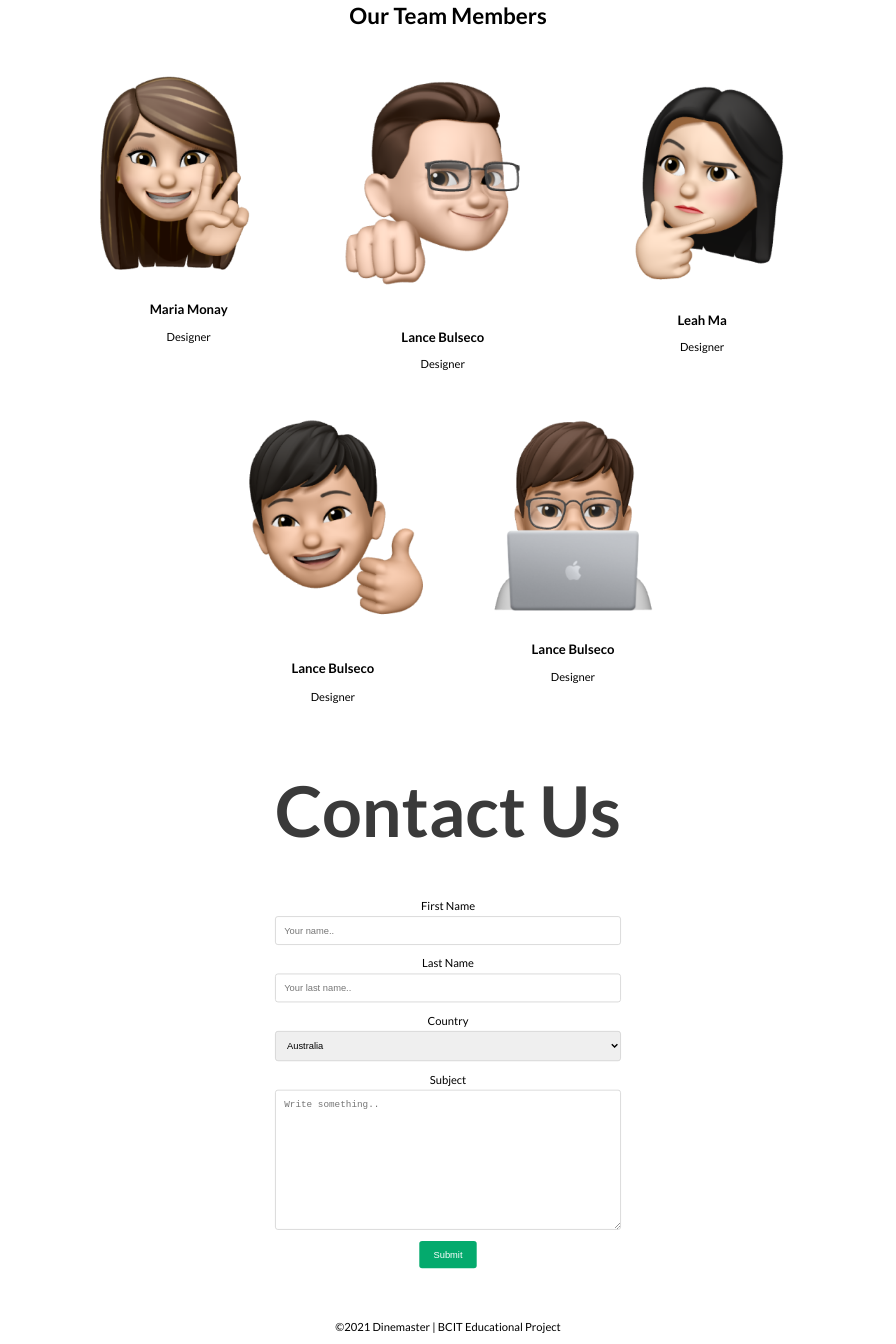
Repository: leahma1208/dinemaster
Page: index.html
An editor plug-in stored every save of this project. The page is shown before and after the next save, followed by the edit.
The browser window is 1280 px wide. The pictures show the part of the page from y = 4237 to 6157 px (the page is 6157 px tall), at 70% of full size.
A picture or video elsewhere on the page could not be fetched, so the positions and the page height are approximate.

Above is the page before, as saved 2021-05-07 12:36:13.

### index.html
<!DOCTYPE html>
<html lang="en">
<head>
    <meta charset="UTF-8">
    <meta http-equiv="X-UA-Compatible" content="IE=edge">
    <meta name="viewport" content="width=device-width, initial-scale=1.0">
    <link rel="stylesheet" href="style.css">
    <link rel="preconnect" href="https://fonts.gstatic.com">
<link href="https://fonts.googleapis.com/css2?family=Lato:ital,wght@0,300;0,400;0,700;0,900;1,400;1,700;1,900&display=swap" rel="stylesheet">
    <title>Dinemaster</title>
</head>
<body>
    <div class="holder">
    <div class="main-nav">
        <div class="logo"><img src="/img/Logo.svg" alt=""></div>
        <div class="nav">
            <a href="#feature">Features</a>
            <a href="#down">Download</a>
            <a href="#about">About us</a>
        </div>
    </div>
<!-- =========INTRO================= -->
    <div class="col intro">
        <div class="head-cont">
            <div class="head">Share, Post, Like &<br> Review Restaurants</div>
            <div class="text">Share your favourite restaurants visits with your friends and family! Keep track of your visits and rate other restaurants.</div>
        </div>

        <div class="vid">
            <iframe width="700" height="400" src="https://www.youtube.com/watch?v=QAF69FwPSKw" title="YouTube video player" frameborder="0" allow="accelerometer; autoplay; clipboard-write; encrypted-media; gyroscope; picture-in-picture" allowfullscreen></iframe>
        </div>

    </div>

<!-- =========PERSONAL ACCOUNTS================= -->
    <div class="col personal" id="feature">
        <div class="personal-img">
            <img src="/img/personal.svg" alt="personal">
        </div>

        <div class="per-cont">
            <div class="head">Personal Accounts</div>
            <div class="text ">Post your favourite meal and keep track of your previous visits! Recommend your favourite restaurants to your friends and family.</div>
        </div>
    </div>


    <!-- =========BUSINESS ACCOUNTS================= -->
    <div class="col business">

        <div class="per-cont">
            <div class="head">Business Accounts</div>
            <div class="text ">Are you a business owner? Advertise your business by posting your restaurant menus and daily specials. Also, receive customer feedbacks to improve and promote your business.</div>
        </div>

        <div class="business-img">
            <img src="/img/business.svg" alt="business">
        </div>
    </div>

    <!--================ DOWNLOAD APP============== -->
    <div class="download" id="down">
        <div class="down-cont">
            <div class="bighead">Download App</div>
            <div class="text">Install the app today to share your favourite restaurants with your friends and family!</div>
        </div>
        <div class="down-img">
            <img src="/img/download.svg" alt="download">
        </div>
        <div class="down-buttons">
            <img src="/img/app store.svg" alt="app store">
            <img src="/img/google play.svg" alt="playstore">
        </div>
    </div>

     <!-- =========ABOUT US================= -->
        <div class="col aboutus" id="about">

            <div class="per-cont">
                <div class="head">About Us</div>
                <h2 class="dine">Dinemaster</h2>
                <div class="text ">Dinemaster allows users to share their personal experience with a restaurant that they have visited. With this app many restaurants can use this platform to advertise for their business and connect with their customers.</div>
            </div>

            <div class="business-img">
                <img src="/img/Aboutus.png" alt="aboutus">
            </div>
        </div>

<!-- =========Team Members================= -->
        <div class="members">
            <h1>Our Team Members</h1>
            <div class="img1">
                <div><img src="/img/image 4.png" alt="Maria Monay"><h3  class="names">Maria Monay</h3><p class="names">Designer</p></div>
                <div><img src="/img/image 5.png" alt="Lance Bulseco"><h3 class="names">Lance Bulseco</h3><p class="names">Designer</p></div>
                <div><img src="/img/39f8df7f1b6dbd378f3a219a0ab0f1ef-sticker 1.png" alt="Leah Ma"><h3 class="names">Leah Ma</h3><p class="names">Designer</p></div>
            </div>
            <div class="img2">
               <div><img src="/img/2f48eec3970b26064700bd96f6fee4a5-sticker 1.png" alt="Justin Tsen"><h3 class="names">Lance Bulseco</h3><p class="names">Designer</p></div>
                <div><img src="/img/4bc877a33df24f9d52337a4e7bfaca46-sticker 1.png" alt="Jason Zhao"><h3 class="names">Lance Bulseco</h3><p class="names">Designer</p>
            </div>
        </div>

<!-- =========Contact Us================= -->
        <div>
            <h1 class="Contact">Contact Us</h1>
            <form action="/action_page.php" class="submit">
                <label for="fname">First Name</label>
                <input type="text" id="fname" name="firstname" placeholder="Your name..">

                <label for="lname">Last Name</label>
                <input type="text" id="lname" name="lastname" placeholder="Your last name..">

                <label for="country">Country</label>
                <select id="country" name="country">
                  <option value="australia">Australia</option>
                  <option value="canada">Canada</option>
                  <option value="usa">USA</option>
                </select>

                <label for="subject">Subject</label>
                <textarea id="subject" name="subject" placeholder="Write something.." style="height:200px"></textarea>

                <input type="submit" value="Submit" >
              </form>
        </div>
<br>
<br>
<br>
<!-- =========Copy Right================= -->
<div class="copyright">
    <p>©2021 Dinemaster | BCIT Educational Project</p>
</div>
</div>
</body>
</html>

### style.css
body ,
html {
  margin: 0;
}

.holder {
  font-family: "Lato", sans-serif;
}

/* ===============NAV BAR============ */
.main-nav {
  display: flex;
  padding-top: 50px;
  justify-content: space-between;
  max-width: 90vw;
  margin: auto;
}

.logo > img {
  width: 350px;
}

.nav {
  display: flex;
  justify-content: space-between;
  min-width: 650px;
}

.nav > a {
  text-decoration: none;
  color: #222222;
  font-size: 30px;
}

a:hover {
  color: #727272;
}
/* ===========FIRST COL=================== */

.col {
  display: flex;
}

.intro {
  max-width: 90vw;
  margin: auto;
  margin-top: 300px;
  justify-content: space-between;
}

.head {
  font-size: 60px;
  color: #3a3a3a;
  font-weight: 400;
}
.text {
  font-size: 30px;
  line-height: 40px;
  color: #444444;
  margin-top: 30px;
  font-weight: 300;
  max-width: 700px;
}

.vid {
  margin-left: 100px;
}

/* ========PERSONAL============== */
.personal {
  margin-top: 150px;
  justify-content: space-between;
}

.personal-img {
  margin-right: 100px;
}

.per-cont {
  margin: auto;
  padding: 60px;
}

/* ========BUSINESS============== */
.business {
  margin-top: 100px;
  justify-content: space-between;
}

/* ======DOWNLOAD============= */

.download {
  max-width: 90vw;
  margin: auto;
  display: flex;
  flex-direction: column;
  justify-content: center;
  align-items: center;
}

.down-cont {
  margin-top: 250px;
  text-align: center;
}

.bighead {
  font-size: 100px;
  font-weight: 700;
  color: #3a3a3a;
}

.down-img {
  margin-top: 100px;
  margin-bottom: 100px;
}

.down-buttons {
  display: flex;
  justify-content: space-around;
}

.down-buttons > img {
  padding: 10px;
}

/* ======ABOUTUS============= */
.dine{
font-size: 40px;
}
/* ======ABOUTUS============= */

.members{
  display: flex;
  justify-content: center;
  align-items: center;
  flex-direction: column;
}


.img1{
  display: flex;
  flex-direction: row;
  padding: 10px;
}

.img2{
  display: flex;
  flex-direction: row;
  padding: 10px;
}

.names{
  display: flex;
  justify-content: center;
}




/*==========Contact==============*/


input[type=text], select, textarea {
  width: 100%;
  padding: 12px;
  border: 1px solid #ccc;
  border-radius: 4px;
  box-sizing: border-box;
  margin-top: 6px;
  margin-bottom: 16px;
  resize: vertical;
}

input[type=submit] {
  background-color: #04AA6D;
  color: white;
  padding: 12px 20px;
  border: none;
  border-radius: 4px;
  cursor: pointer;
}

input[type=submit]:hover {
  background-color: #45a049;
}

.container {
  border-radius: 5px;
  background-color: #f2f2f2;
  padding: 20px;
}

.Contact{
  display: flex;
  justify-content: center;
  font-size: 100px;
  font-weight: 700;
  color: #3a3a3a;
}

.submit{
  display: flex;
  justify-content: center;
  align-items: center;
  flex-direction: column;
}
/*========Copy========*/

.copyright{
  display: flex;
  align-items: center;
  justify-content: center;
  font-weight:200px;
}

After the next save:
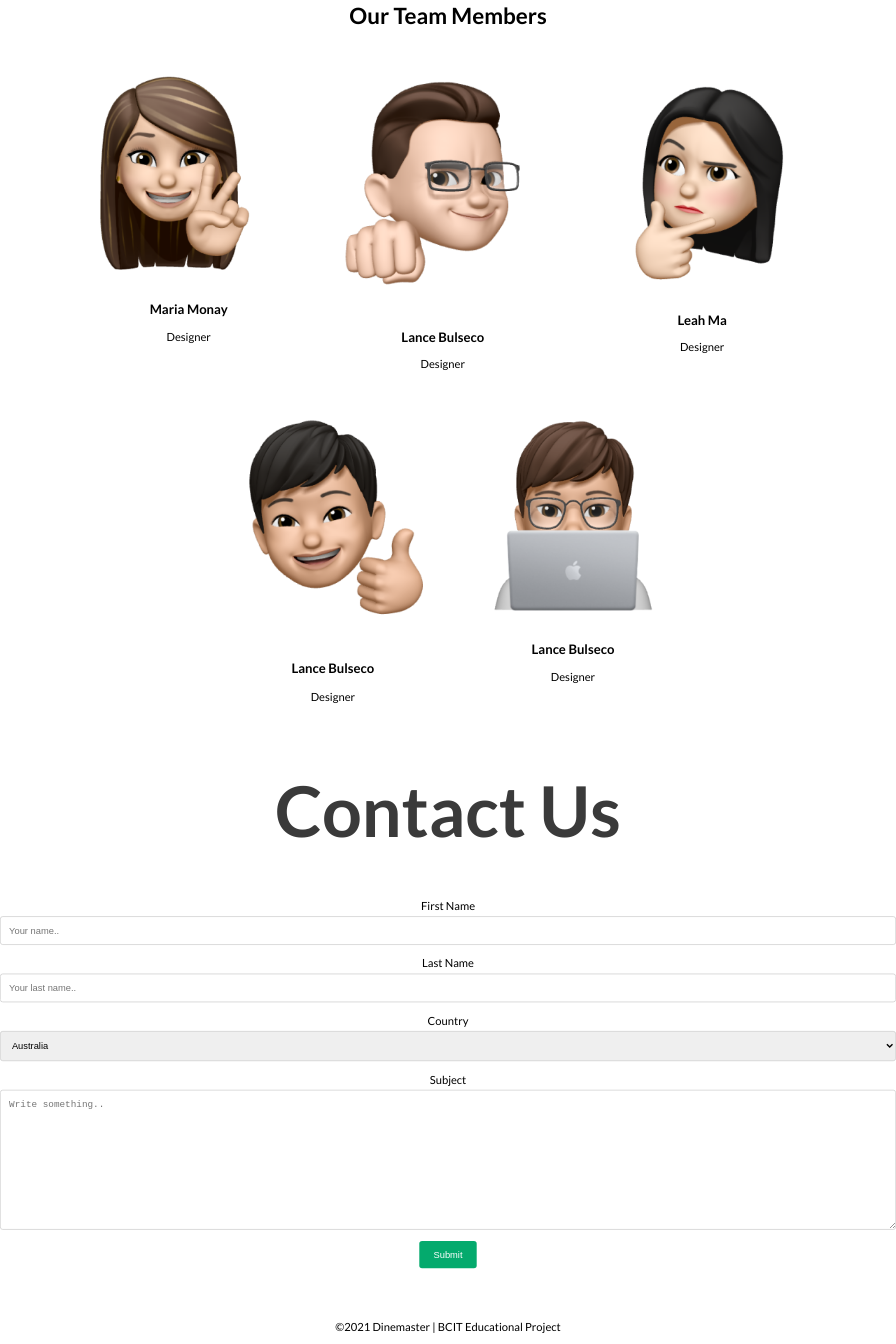
Saved 5 s later.
--- a/index.html
+++ b/index.html
@@ -97,7 +97,7 @@
             </div>
             <div class="img2">
                <div><img src="/img/2f48eec3970b26064700bd96f6fee4a5-sticker 1.png" alt="Justin Tsen"><h3 class="names">Lance Bulseco</h3><p class="names">Designer</p></div>
-                <div><img src="/img/4bc877a33df24f9d52337a4e7bfaca46-sticker 1.png" alt="Jason Zhao"><h3 class="names">Lance Bulseco</h3><p class="names">Designer</p>
+                <div><img src="/img/4bc877a33df24f9d52337a4e7bfaca46-sticker 1.png" alt="Jason Zhao"><h3 class="names">Lance Bulseco</h3><p class="names">Designer</p></div>
             </div>
         </div>
 
